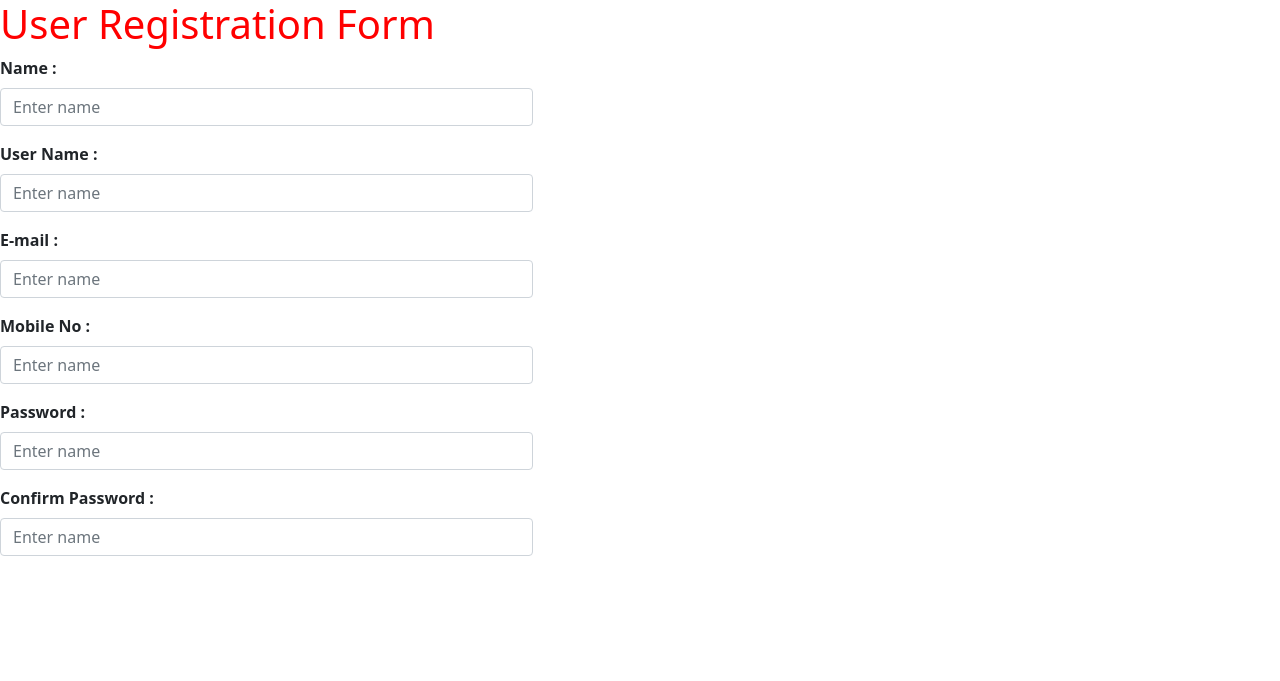
Repository: sntv1005/RegistrationForm
Page: http://localhost/register
An editor plug-in stored every save of this project. The page is shown before and after the next save, followed by the edit.
The browser window is 1280 px wide. The pictures show the whole page.
The page is this project's Thymeleaf template; nobody is signed in. The template is opened directly, without the code that normally fills it, so the values that code supplies are empty.

Above is the page before, as saved 2023-12-01 06:04:12.

After the next save:
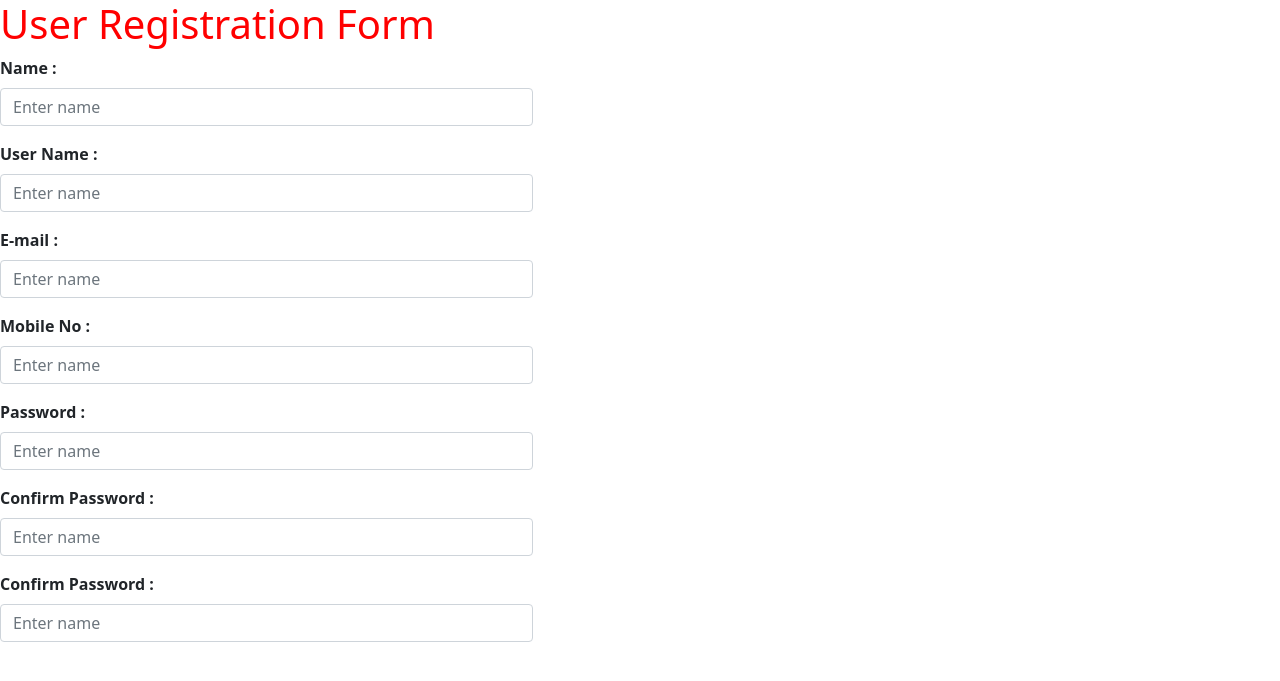
Saved 40 s later.
--- a/RegistrationForm/src/main/resources/templates/register.html
+++ b/RegistrationForm/src/main/resources/templates/register.html
@@ -45,6 +45,11 @@
 			       <label for="exampleFormControlInput1" class="form-label"><b>Confirm Password : </b></label>
 			       <input type="name" class="form-control" id="exampleFormControlInput1" placeholder="Enter name">
 		       </div>
+
+		        <div class="mb-3" >
+			       <label for="exampleFormControlInput1" class="form-label"><b>Confirm Password : </b></label>
+			       <input type="name" class="form-control" id="exampleFormControlInput1" placeholder="Enter name">
+		       </div>
 		  </form>
 
 
